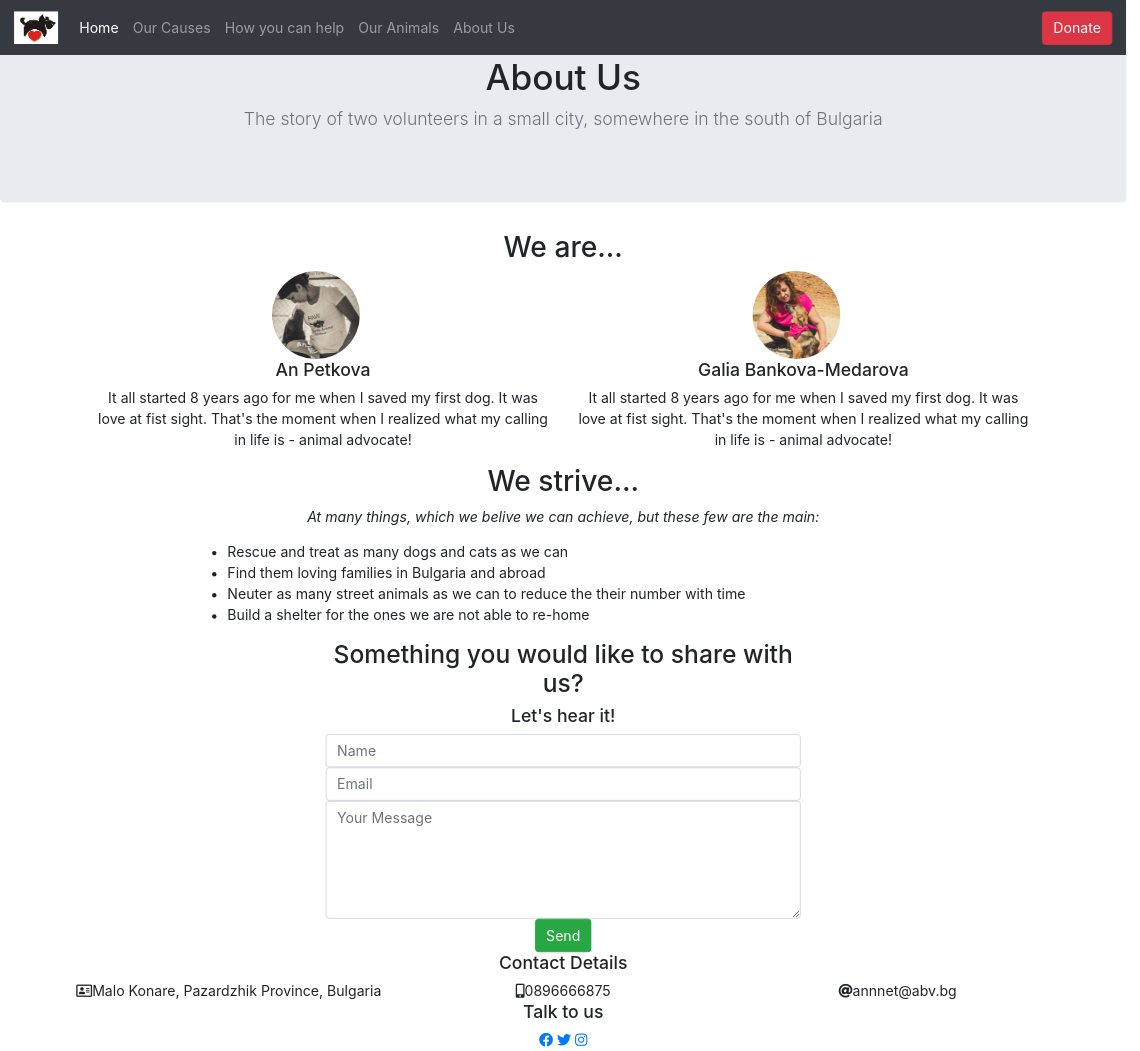
Repository: Naity17/PAW-first-website
Page: About-Us.html
The author's editor kept a record of every edit. The page is drawn from the files as they stood at one moment, then again after the next edit.
The browser window is 1280 px wide. The page is 1295 px wide, so the pictures cover 1295 px, including what lies to the right of the window. The pictures show the whole page, at 88% of full size.
Some web libraries are served in a nearby version.

Above is the page before.
Console error: TypeError: Cannot read properties of undefined (reading 'fn')

### About-Us.html
<!DOCTYPE html>
<html lang="en">

<head>
    <meta charset="UTF-8">
    <meta name="viewport" content="width=device-width, initial-scale=1.0">
    <meta http-equiv="X-UA-Compatible" content="ie=edge">
    <link rel="stylesheet" href="https://stackpath.bootstrapcdn.com/bootstrap/4.3.1/css/bootstrap.min.css" integrity="sha384-ggOyR0iXCbMQv3Xipma34MD+dH/1fQ784/j6cY/iJTQUOhcWr7x9JvoRxT2MZw1T" crossorigin="anonymous">
    <link rel="stylesheet" href="https://use.fontawesome.com/releases/v5.9.0/css/all.css" integrity="sha384-i1LQnF23gykqWXg6jxC2ZbCbUMxyw5gLZY6UiUS98LYV5unm8GWmfkIS6jqJfb4E" crossorigin="anonymous">
    <script src="https://stackpath.bootstrapcdn.com/bootstrap/4.3.1/js/bootstrap.min.js" integrity="sha384-JjSmVgyd0p3pXB1rRibZUAYoIIy6OrQ6VrjIEaFf/nJGzIxFDsf4x0xIM+B07jRM" crossorigin="anonymous"></script>
    <link rel="stylesheet" href="assets/css/style.css" type="text/css" />
    <title>PAW - Pazardjik Animal Welfare</title>
</head>

<body>
    <header>
        <!-- ---------------NavBar-------------- -->
        <nav class="navbar navbar-expand-md navbar-dark fixed-top bg-dark">
            <a class="navbar-brand" href="index.html">
                <img src="assets/images/general/logo.jpg">
            </a>
            <button class="navbar-toggler collapsed" type="button" data-toggle="collapse" data-target="#navbarCollapse" aria-controls="navbarCollapse" aria-expanded="false" aria-label="Toggle navigation">
              <span class="navbar-toggler-icon"></span>
            </button>
            <div class="navbar-collapse collapse" id="navbarCollapse" style="">
                <ul class="navbar-nav mr-auto">
                    <li class="nav-item active">
                        <a class="nav-link" href="#">Home</a>
                    </li>
                    <li class="nav-item">
                        <a class="nav-link" href="#">Our Causes</a>
                    </li>
                    <li class="nav-item">
                        <a class="nav-link" href="#">How you can help</a>
                    </li>
                    <li class="nav-item">
                        <a class="nav-link" href="#">Our Animals</a>
                    </li>
                    <li class="nav-item">
                        <a class="nav-link" href="#">About Us<span class="sr-only">(current)</span></a>
                    </li>
                </ul>
                <button class="btn btn-danger navbar-btn">Donate</button>
            </div>
        </nav>
        <!-- ---------------End of NavBar-------------- -->
    </header>
    <section id="about-us">
        <main role="main">
            <section class="jumbotron text-center">
                <div class="container">
                    <h1 class="jumbotron-heading">About Us</h1>
                    <p class="lead text-muted">The story of two volunteers in a small city, somewhere in the south of Bulgaria</p>
                </div>
            </section>
            <section class="text-center" id="about-us-details">
                <div class="row">
                    <div class="col-12">
                        <h2>We are...</h2>
                    </div>
                </div>
                <div class="row">
                    <div class="col"></div>
                    <div class="col-12 col-md-5">
                        <div class="media">
                            <div class="d-sm-block">
                                <img src="assets/images/general/an-petkova.jpg" class="rounded-circle mr-3" height=100 width=100>
                                <h5>An Petkova</h5>
                                <p>It all started 8 years ago for me when I saved my first dog. It was love at fist sight. That's the moment when I realized what my calling in life is - animal advocate!</p>
                            </div>
                        </div>
                    </div>
                    <div class="col-12 col-md-5">
                        <div class="media">
                            <div class="d-sm-block">
                                <img src="assets/images/general/galia-profile.jpg" class="rounded-circle mr-3" height=100 width=100>
                                <h5>Galia Bankova-Medarova</h5>
                                <p>It all started 8 years ago for me when I saved my first dog. It was love at fist sight. That's the moment when I realized what my calling in life is - animal advocate!</p>
                            </div>
                        </div>
                    </div>
                    <div class="col"></div>
                </div>
            </section>
            <section class="text-center" id="our-aims-details">
                <div class="row">
                    <div class="col"></div>
                    <div class="col-8">
                        <h2>We strive...</h2>
                        <p><em>At many things, which we belive we can achieve, but these few are the main:</em></p>
                        <ul class="text-left">
                            <li>Rescue and treat as many dogs and cats as we can</li>
                            <li>Find them loving families in Bulgaria and abroad</li>
                            <li>Neuter as many street animals as we can to reduce the their number with time</li>
                            <li>Build a shelter for the ones we are not able to re-home</li>
                        </ul>
                    </div>
                    <div class="col"></div>
                </div>
            </section>
            <section id="contact-form">
                <div class="container">
                    <div class="row bg-color-contact">
                        <div class="col-12 col-md-6" style="width:800px; margin:0 auto;">
                            <h3 class="contact-heading uppercase text-center">Something you would like to share with us?</h3>
                            <h5 class="uppercase text-center">Let's hear it!</h5>
                            <div class="center-form">
                                <form>
                                    <input type="text" name="name" id="fullname" class="form-control" placeholder="Name" required />
                                    <input type="text" name="email" id="emailaddress" class="form-control" placeholder="Email" required />
                                    <textarea rows="5" name="yourmessage" id="yourmessage" class="form-control" placeholder="Your Message" required></textarea>
                                    <div class="form-row text-center">
                                        <div class="col">
                                            <button type="submit" class="btn btn-success">Send</button>
                                        </div>
                                    </div>
                                </form>
                            </div>
                        </div>
                    </div>
            </section>
        </main>
    </section>

    <footer class="container text-center footer-details">
        <div class="row">
            <div class="col-12">
                <h5>Contact Details</h5>
            </div>
        </div>
        <div id="contact-details-items" class="row ">
            <div class="col-xs-12 col-4 address-item">
                <i class="far fa-address-card"></i>Malo Konare, Pazardzhik Province, Bulgaria
            </div>
            <div class="col-xs-12 col-4 phone-number-item">
                <i class="fas fa-mobile-alt"></i>0896666875
            </div>
            <div class="col-xs-12 col-4 email-item">
                <i class="fas fa-at"></i>annnet@abv.bg
            </div>
        </div>
        <div class="row" id="social-details">
            <div class="col-xs-12 col-sm-12 icons">
                <h5 class="uppercase general-sub">Talk to us</h5>
                <a href="https://www.facebook.com/PAW-Pazardjik-Animal-Welfare-134643483313391/" target="_blank"><i class="fab fa-facebook alignment"></i></a>
                <a href="https://twitter.com/ralito17?lang=en" target="_blank"><i class="fab fa-twitter alignment"></i></a>
                <a href="https://www.instagram.com/?hl=en" target="_blank"><i class="fab fa-instagram alignment"></i></a>
            </div>
        </div>
    </footer>
    <script src="https://code.jquery.com/jquery-3.3.1.slim.min.js" integrity="sha384-q8i/X+965DzO0rT7abK41JStQIAqVgRVzpbzo5smXKp4YfRvH+8abtTE1Pi6jizo" crossorigin="anonymous"></script>
    <script src="https://cdnjs.cloudflare.com/ajax/libs/popper.js/1.14.7/umd/popper.min.js" integrity="sha384-UO2eT0CpHqdSJQ6hJty5KVphtPhzWj9WO1clHTMGa3JDZwrnQq4sF86dIHNDz0W1" crossorigin="anonymous"></script>
    <script src="https://stackpath.bootstrapcdn.com/bootstrap/4.3.1/js/bootstrap.min.js" integrity="sha384-JjSmVgyd0p3pXB1rRibZUAYoIIy6OrQ6VrjIEaFf/nJGzIxFDsf4x0xIM+B07jRM" crossorigin="anonymous"></script>
</body>

</html>

Loaded but not shown: assets/css/style.css (no copy from this time; the picture is the same without it)

After the next edit:
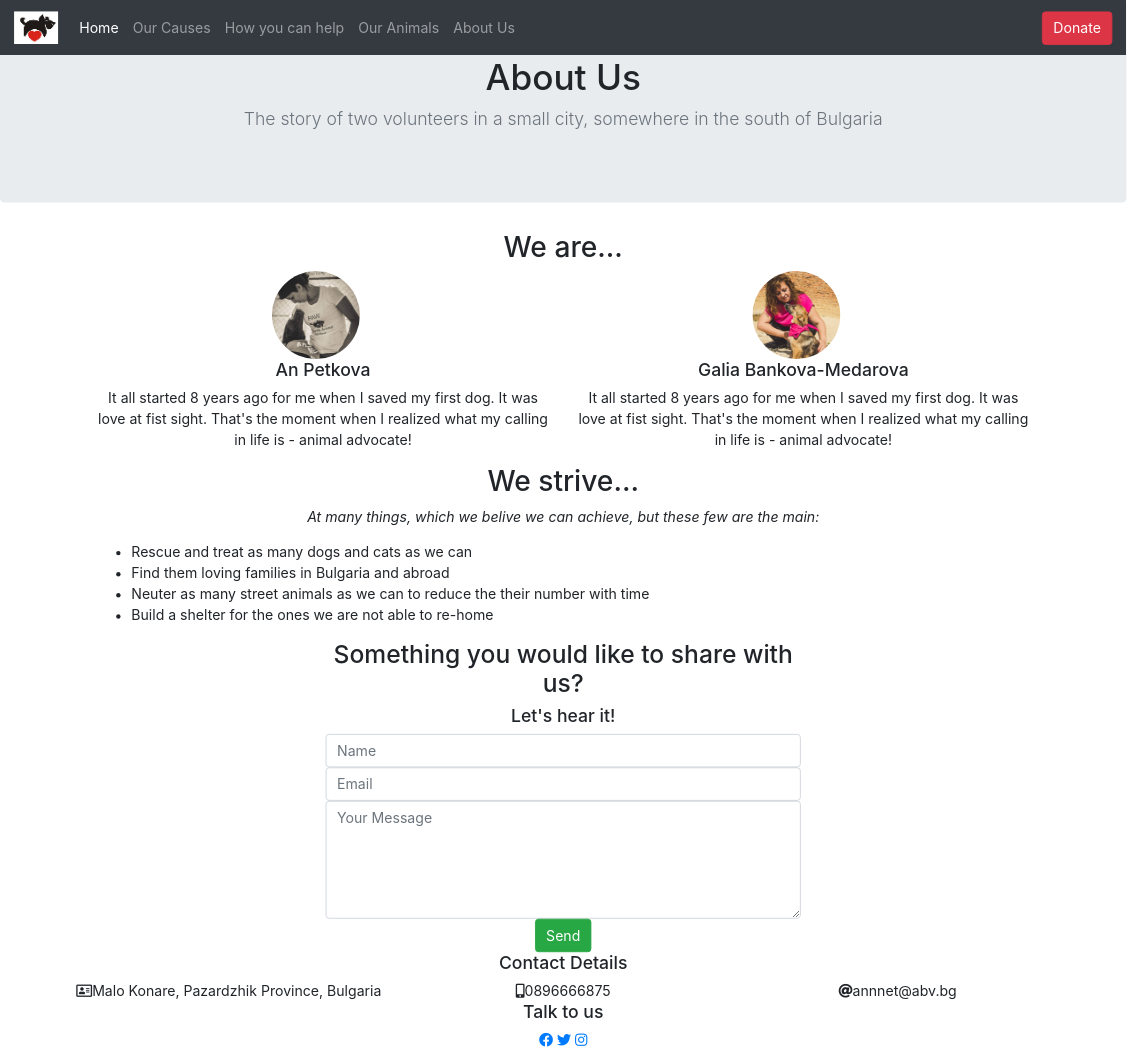
The edit:
--- a/About-Us.html
+++ b/About-Us.html
@@ -85,7 +85,7 @@
             <section class="text-center" id="our-aims-details">
                 <div class="row">
                     <div class="col"></div>
-                    <div class="col-8">
+                    <div class="col-10">
                         <h2>We strive...</h2>
                         <p><em>At many things, which we belive we can achieve, but these few are the main:</em></p>
                         <ul class="text-left">
